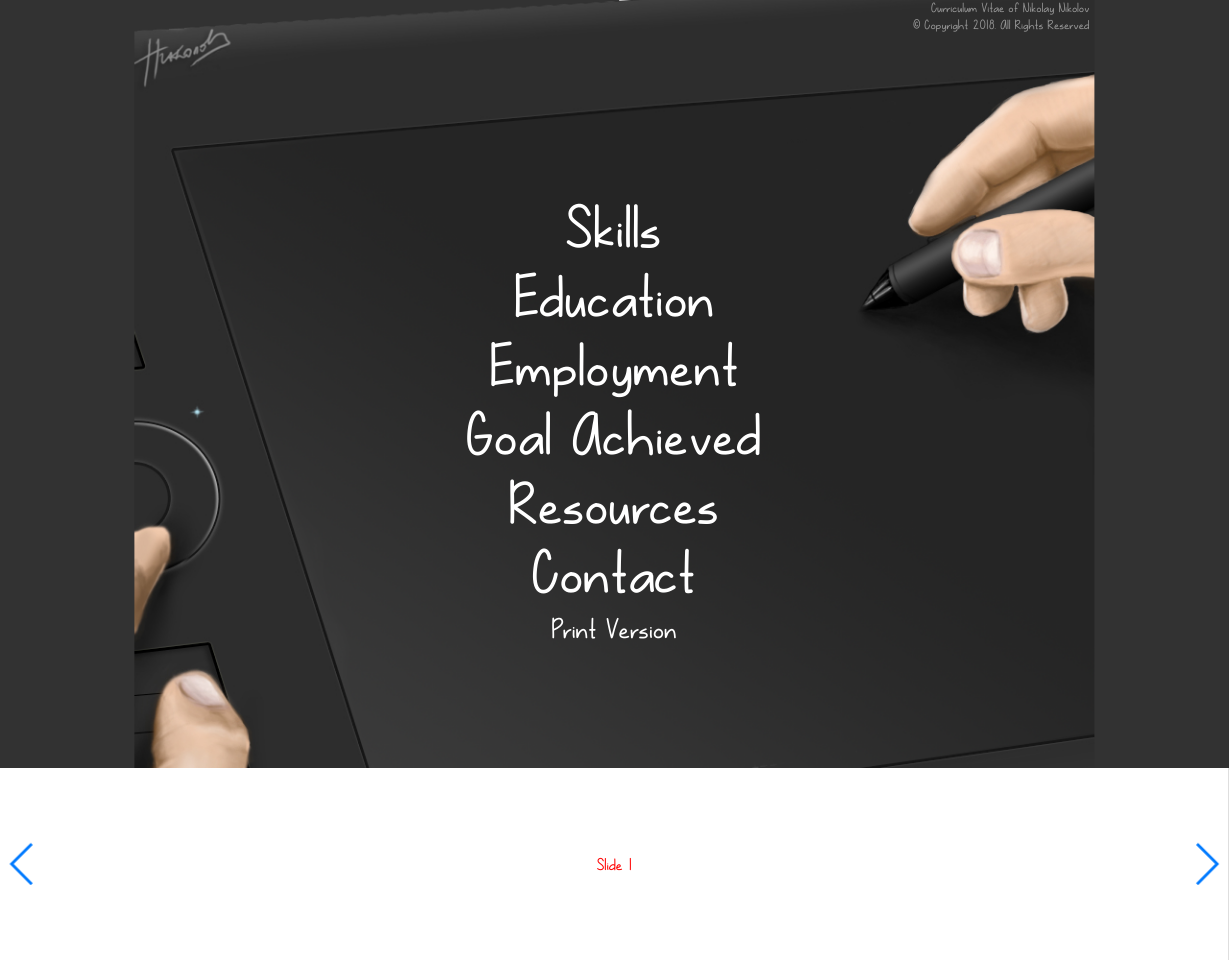
Repository: nikichanko/cv
Page: index.html
An editor plug-in stored every save of this project. The page is shown before and after the next save, followed by the edit.
The browser window is 1280 px wide. The pictures show the whole page, at 96% of full size.

Above is the page before, as saved 2019-02-02 19:44:38.

### index.html
<!DOCTYPE html>
<html>
  <head>
    <link rel="shortcut icon" type="image/png" href="img/favicon.png"/>
    <link rel="stylesheet" type="text/css" href="css/styles.css">
    <meta name="viewport" content="width=device-width, initial-scale=1, minimum-scale=1, maximum-scale=1">
    <link rel="stylesheet" type="text/css" href="css/scroll.css">
    <script src="https://ajax.googleapis.com/ajax/libs/jquery/3.3.1/jquery.min.js"></script>
    <script src="js/scroll.js"></script>
    <link rel="stylesheet" href="css/swiper.min.css">
    <title>Nikolay Nikolov - Curriculum Vitae</title>
  </head>
  <body>
    <div class="wrapper">
      <div class="header">Curriculum Vitae of Nikolay Nikolov<br/>&copy; Copyright 2018. All Rights Reserved</div>
      <div class="menu">
        <div class="item">
          <span>Skills</span>
        </div>
        <div class="content">
          <i class="close"></i>
          <div class="ul-wrapper" id="scroll-3">
            <ul>
              <li>Program Languages:</li>
              <ol>ECMAScript 6, TypeScript, Objective C, Swift 4, JAVA</ol>
              <ol>HTML, JS, CSS (LESS and SASS), PHP</ol>
              <li>Frameworks and Libraries:</li>
              <ol>React Native, React, WebSocket, Scoket.io, JQuery, Ajax, Smarty Template Engine</ol>
              <li>Program and Web Tools:</li>
              <ol>Android Studio, Xcode 9, Node (npm)</ol>
              <ol>Apple Connect and Google Console, AppsFlyer, Fabric, Firebase, Faslane</ol>
              <ol>Photoshop, Illustrator, Sketch</ol>
              <li>Strong Knowledge in:</li>
              <ol>GitFlow, RESTful API, Responsive and Mobile Design, UX and UI Design</ol>
              <li>Other Abilities:</li>
              <ol>Digital Drawing of web application arts with a graphic tablet</ol>
            </ul>
           </div>
        </div>
        <div class="item">
          <span>Education</span>
        </div>
        <div class="content">
            <i class="close"></i>
            <ul>
              <li>M. Sc. in Computer Science</li>
              <ol>From 2011 - 2013</ol>
              <ol>Technical University Gabrovo</ol>
              <ol>Subject: Computer System and Technologies</ol>
            </ul>
        </div>
        <div class="item">
          <span>Employment</span>
        </div>
        <div class="content">
            <i class="close"></i>
            <div class="ul-wrapper" id="scroll-2">
              <ul>
                <li>From 12. 2016 to present</li>
                <ol>Employer: Mansion Technology and Operations Centre</ol>
                <ol>Professional Title: front-end developer</ol>
                <ol>from 11. 2017 working as a mobile developer in agile environment</ol>
                <li>From 05. 2014 to 12. 2016</li>
                <ol>Employer: Support Service LTD for Image-Line Belgium</ol>
                <ol>Professional Title: fullstack web developer with more front-end responsibilities</ol>
              </ul>
            </div>
        </div>
        <div class="item">
          <span>Goal Achieved</span>
        </div>
        <div class="content">
          <i class="close"></i>
          <div class="ul-wrapper" id="scroll-1">
            <ul>
              <li>As mobile developer:</li>
              <ol>Applications in stores:</ol>

                <img src="img/casino.png" title="CasinoSlots" class="app-icon" style="margin-left: 10px;" />
                <img src="img/ccbj.png" title="Casino BlackJack" class="app-icon" />
                <img src="img/sh.png" title="Slostheaven" class="app-icon" />
                <img src="img/mc.png" title="MansionCasino" class="app-icon" />

              <ol>Quick switching from web to mobile development</ol>
              <ol>The key person with a leading role in the mobile team</ol>
              <ol>Be main part of critical moments when quick reaction and self-organization is very important</ol>
              <ol>The person that implemented React Native framework in real mobile apps</ol>
              <ol>Publishing and then dealing with the rejection of apps in both stores</ol>
              <ol>Implementations: React Context, Geo location services, Biometric authentification with RESTful API
                login, React Navigation, Unit, Integration and Snapshot
                Tests with Jest, executed in CI system (Bamboo), Cross-platform and multi-device layouts,
                Image Sliders and other front-end implementations covered by many mobile devices.
                Websocket integrations to handle webview chat messages using TypeScript. Custom Bridge between webview and react native to handle Post messages.
                Notofications using Xtremepush where Native exposing was needed to work with React Native.
                Also other custom functionalities were exposed to React Native like CookiesStorage for iOS.</ol>
              <li>As front-end developer:</li>
              <ol>Responsive and mobile designs with no compromises in details</ol>
              <ol>Developed many end-to-end web applications like Image Sliders with-lazy loading,
                JavaScript Video and Audio Players with full mobile support</ol>
              <ol>RESTful API integrations</ol>
              <ol>Unit testing with Jasmine</ol>
            </ul>
          </div>
        </div>
        <div class="item resources">
          <span>Resources</span>
        </div>
        <div class="content">
            <i class="close"></i>
              <ul>
                <li>Drowing Gallery</li>
                <li>Applications Download</li>
                <ol>Publishing and then dealing with the rejection of apps in both stores</ol>
              </ul>
        </div>
        <div class="item">
          <span>Contact</span>
        </div>
        <div class="content">
            <i class="close"></i>
              <ul>
                <ol>Nikolay Nikolov, Address: Sofia, Bulgaria</ol>
                <ol>Phone: +359/896 527 353, E-mail: nikolovnikos@gmail.com</ol>
                <div class="form-title">Contact form</div>
                <script type="text/javascript" src="https://form.jotformeu.com/jsform/82187298762370"></script>
              </ul>
        </div>
        <div class="item print">
          <span>Print Version</span>
        </div>
      </div>
    </div>
    <div class="swiper-container">
      <div class="swiper-wrapper">
        <div class="swiper-slide">Slide 1</div>
        <div class="swiper-slide">Slide 2</div>
        <div class="swiper-slide">Slide 3</div>
        <div class="swiper-slide">Slide 4</div>
        <div class="swiper-slide">Slide 5</div>
        <div class="swiper-slide">Slide 6</div>
        <div class="swiper-slide">Slide 7</div>
        <div class="swiper-slide">Slide 8</div>
        <div class="swiper-slide">Slide 9</div>
        <div class="swiper-slide">Slide 10</div>
      </div>
          <!-- Add Arrows -->
      <div class="swiper-button-next"></div>
      <div class="swiper-button-prev"></div>
      <!-- Add Pagination
      <div class="swiper-pagination"></div> -->
    </div>
    <script src="js/swiper.min.js"></script>
    <script src="js/common.js"></script>
  </body>
</html>

### css/styles.css
@font-face {
  font-family: 'Just Gotta Smile';
  src: url('./fonts/JustGottaSmile.woff2') format('woff2'),
      url('./fonts/JustGottaSmile.woff') format('woff'),
      url('./fonts/JustGottaSmile.ttf') format('truetype');
  font-weight: 500;
  font-style: normal;
}

@font-face {
  font-family: 'Josefin Slab';
  src: url('./fonts/JosefinSlab.woff2') format('woff2'),
      url('./fonts/JosefinSlab.woff') format('woff'),
      url('./fonts/JosefinSlab.ttf') format('truetype');
  font-weight: normal;
  font-style: normal;
}
ul, li, ol, body {
  margin: 0;
  padding: 0;
}

body {
  background-color: #323232;
  width: 100%;
  font-family: 'Just Gotta Smile';
  color: #fff;
}

.wrapper {
  position: relative;
  width: 100%;
  max-width: 1000px;
  height: 800px;
  margin: 0 auto;
  background-image: url(../img/cv_bg.png);
  background-repeat: no-repeat;
  background-position: right top;
  background-size: cover;
}

.header{
  opacity: 0.5;
  font-size: 14px;
  position: absolute;
  right: 5px;
  text-align: right;
}
.menu {
  line-height: 70px;
  margin: 0 auto;
  position: absolute;
  text-align: center;
  width: 100%;
  top: 200px;
}

.item {
  font-size: 64px;
  position: relative;
  left: 50%;
  opacity: 1;
  transform: translateX(-50%) ;
  -ms-transform: translateX(-50%) ; /* IE 9 */
  -webkit-transform: translateX(-50%); /* Safari 3-8 */
  transition: opacity 0.2s ease-out;
  -webkit-touch-callout: none; /* iOS Safari */
  -webkit-user-select: none; /* Safari */
   -khtml-user-select: none; /* Konqueror HTML */
     -moz-user-select: none; /* Firefox */
      -ms-user-select: none; /* Internet Explorer/Edge */
          user-select: none; /* Non-prefixed version, currently
                                supported by Chrome and Opera */
}
.item.print {
  font-size: 30px;
  line-height: 45px;
}

.item span {
  cursor: pointer;
  position: relative;
}

.item.closed {
  opacity: 0;
  height: 0;
  visibility: hidden;
}

.content {
  font-family: 'Josefin Slab';
  padding-top: 2px;
  max-width: 600px;
  text-align: left;
  top: 50px;
  width: 56%;
  margin: 0 auto;
  line-height: 40px;
  height: 0;
  opacity: 0;
  transition: opacity 0.5s ease-in-out;
  position: relative;
  visibility: hidden;
  overflow: hidden;
}

.ul-wrapper {
  height: 450px;
  position: relative;
  overflow: hidden;
}

.content.open {
  overflow: visible;
  height: auto;
  opacity: 1;
  transition: opacity 0.5s ease-in-out;
  visibility: visible;
}
.content {
  line-height: 30px;
}
.content ul {
  padding-top: 10px;
  padding-left: 20px;
}
.content li {
  font-weight: bold;
  font-size: 20px;
  padding:5px 0;
}
.content ol {
  font-size: 18px;
  margin-left: 15px;
  position: relative;
}
.content ol:before {
  content: "";
  background-image: url(../img/arrow.png);
  background-repeat: no-repeat;
  background-size: contain;
  width: 12px;
  height: 13px;
  position: absolute;
  left: -22px;
  top: 8px;
  opacity: 0.6;
}

.item span:hover {
  color: #a4cbe6;
}

.close {
  position: absolute;
  top: -29px;
  left: -7px;
  width: 45px;
  height: 45px;
  opacity: 0.3;
}
.close:hover {
  opacity: 1;
}
.close:before, .close:after {
  position: absolute;
  left: 15px;
  content: ' ';
  height: 25px;
  width: 2px;
  background-color: #fff;
}
.close:before {
  transform: rotate(45deg);
}
.close:after {
  transform: rotate(-45deg);
}

.app-icon {
  width: 45px;
  margin-right: 10px;
}
.form-title {
  margin-top: 10px;
  font-size: 24px;
  text-align: center;
}

.swiper-container {
  width: 100%;
  height: 200px;
}

.swiper-slide {
  text-align: center;
  font-size: 18px;
  background: #fff;
  color: red;
  /* Center slide text vertically */
  display: -webkit-box;
  display: -ms-flexbox;
  display: -webkit-flex;
  display: flex;
  -webkit-box-pack: center;
  -ms-flex-pack: center;
  -webkit-justify-content: center;
  justify-content: center;
  -webkit-box-align: center;
  -ms-flex-align: center;
  -webkit-align-items: center;
  align-items: center;
}

@media only screen and (max-width: 1000px) {
  .content {
    width: 90%;
  }
  .item span {
    cursor: default;
  }
}

### css/scroll.css
/*
 * Container style
 */
 .ps {
  overflow: hidden !important;
  overflow-anchor: none;
  -ms-overflow-style: none;
  touch-action: auto;
  -ms-touch-action: auto;
}

/*
 * Scrollbar rail styles
 */
.ps__rail-x {
  display: none;
  opacity: 0;
  transition: background-color .2s linear, opacity .2s linear;
  -webkit-transition: background-color .2s linear, opacity .2s linear;
  height: 15px;
  /* there must be 'bottom' or 'top' for ps__rail-x */
  bottom: 0px;
  /* please don't change 'position' */
  position: absolute;
}

.ps__rail-y {
  display: none;
  opacity: 0;
  transition: background-color .2s linear, opacity .2s linear;
  -webkit-transition: background-color .2s linear, opacity .2s linear;
  width: 15px;
  /* there must be 'right' or 'left' for ps__rail-y */
  right: 0;
  /* please don't change 'position' */
  position: absolute;
}

.ps--active-x > .ps__rail-x,
.ps--active-y > .ps__rail-y {
  display: block;
  background-color: transparent;
}

.ps:hover > .ps__rail-x,
.ps:hover > .ps__rail-y,
.ps--focus > .ps__rail-x,
.ps--focus > .ps__rail-y,
.ps--scrolling-x > .ps__rail-x,
.ps--scrolling-y > .ps__rail-y {
  opacity: 0.6;
}

.ps .ps__rail-x:hover,
.ps .ps__rail-y:hover,
.ps .ps__rail-x:focus,
.ps .ps__rail-y:focus,
.ps .ps__rail-x.ps--clicking,
.ps .ps__rail-y.ps--clicking {
  background-color: #eee;
  opacity: 0.9;
}

/*
 * Scrollbar thumb styles
 */
.ps__thumb-x {
  background-color: #aaa;
  border-radius: 6px;
  transition: background-color .2s linear, height .2s ease-in-out;
  -webkit-transition: background-color .2s linear, height .2s ease-in-out;
  height: 6px;
  /* there must be 'bottom' for ps__thumb-x */
  bottom: 2px;
  /* please don't change 'position' */
  position: absolute;
}

.ps__thumb-y {
  background-color: #aaa;
  border-radius: 6px;
  transition: background-color .2s linear, width .2s ease-in-out;
  -webkit-transition: background-color .2s linear, width .2s ease-in-out;
  width: 6px;
  /* there must be 'right' for ps__thumb-y */
  right: 2px;
  /* please don't change 'position' */
  position: absolute;
}

.ps__rail-x:hover > .ps__thumb-x,
.ps__rail-x:focus > .ps__thumb-x,
.ps__rail-x.ps--clicking .ps__thumb-x {
  background-color: #999;
  height: 11px;
}

.ps__rail-y:hover > .ps__thumb-y,
.ps__rail-y:focus > .ps__thumb-y,
.ps__rail-y.ps--clicking .ps__thumb-y {
  background-color: #999;
  width: 11px;
}

/* MS supports */
@supports (-ms-overflow-style: none) {
  .ps {
    overflow: auto !important;
  }
}

@media screen and (-ms-high-contrast: active), (-ms-high-contrast: none) {
  .ps {
    overflow: auto !important;
  }
}

### js/common.js
var src1 = document.querySelector('#scroll-1');
var src2 = document.querySelector('#scroll-2');
var src3 = document.querySelector('#scroll-3');

var options = {
  maxScrollbarLength: 100,
};

var ps1 = new PerfectScrollbar(src1, options);
var ps2 = new PerfectScrollbar(src2, options);
var ps3 = new PerfectScrollbar(src3, options);

$(".item:not(.print) span").on('click', function() {
  var _t = $(this).parents('.item');
  if (_t.hasClass('resources')) {
    alert(1);
    var swiper = new Swiper('.swiper-container', {
      pagination: {
       // el: '.swiper-pagination',
        nextEl: '.swiper-button-next',
        prevEl: '.swiper-button-prev',
      },
    });
  }
  setTimeout(function(){
    _t.next('.content').addClass('open');
  },100);
  $('.item').each(function(i, v) {
    if (!_t.is(v)) {
      $(v).addClass('closed');
      $(v).next('.content').removeClass('open');
    }
    else {
      $(v).removeClass('closed');
    }
  });
});

$(".item.print span").on('click', function() {
  window.location.href = 'print.html';
});

$('.close').on('click', function(){
  $('.item').each(function(i, v) {
    setTimeout(function(){
      $(v).removeClass('closed');
    },100);
    $(v).next('.content').removeClass('open');
  });
});

Loaded but not shown: css/swiper.min.css (library); js/swiper.min.js (library); js/scroll.js (1324 lines, source omitted)

After the next save:
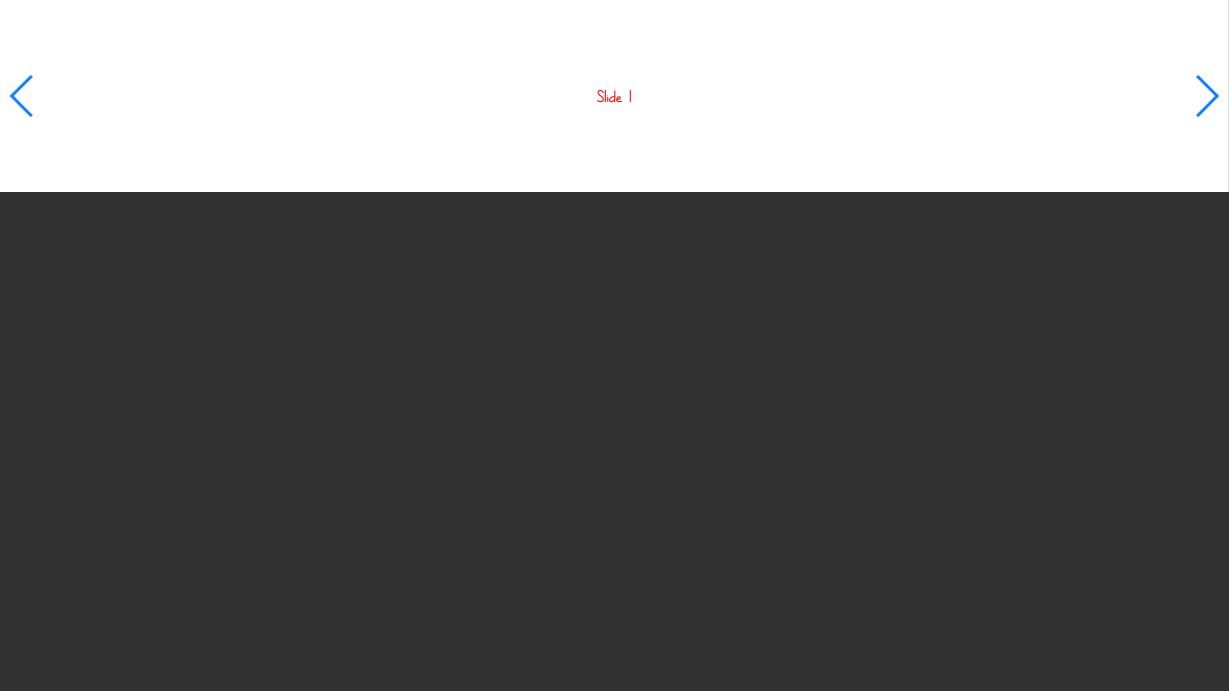
Console error (its wording comes from the project's code and is left out).
Saved 40 s later.
--- a/index.html
+++ b/index.html
@@ -11,125 +11,6 @@
     <title>Nikolay Nikolov - Curriculum Vitae</title>
   </head>
   <body>
-    <div class="wrapper">
-      <div class="header">Curriculum Vitae of Nikolay Nikolov<br/>&copy; Copyright 2018. All Rights Reserved</div>
-      <div class="menu">
-        <div class="item">
-          <span>Skills</span>
-        </div>
-        <div class="content">
-          <i class="close"></i>
-          <div class="ul-wrapper" id="scroll-3">
-            <ul>
-              <li>Program Languages:</li>
-              <ol>ECMAScript 6, TypeScript, Objective C, Swift 4, JAVA</ol>
-              <ol>HTML, JS, CSS (LESS and SASS), PHP</ol>
-              <li>Frameworks and Libraries:</li>
-              <ol>React Native, React, WebSocket, Scoket.io, JQuery, Ajax, Smarty Template Engine</ol>
-              <li>Program and Web Tools:</li>
-              <ol>Android Studio, Xcode 9, Node (npm)</ol>
-              <ol>Apple Connect and Google Console, AppsFlyer, Fabric, Firebase, Faslane</ol>
-              <ol>Photoshop, Illustrator, Sketch</ol>
-              <li>Strong Knowledge in:</li>
-              <ol>GitFlow, RESTful API, Responsive and Mobile Design, UX and UI Design</ol>
-              <li>Other Abilities:</li>
-              <ol>Digital Drawing of web application arts with a graphic tablet</ol>
-            </ul>
-           </div>
-        </div>
-        <div class="item">
-          <span>Education</span>
-        </div>
-        <div class="content">
-            <i class="close"></i>
-            <ul>
-              <li>M. Sc. in Computer Science</li>
-              <ol>From 2011 - 2013</ol>
-              <ol>Technical University Gabrovo</ol>
-              <ol>Subject: Computer System and Technologies</ol>
-            </ul>
-        </div>
-        <div class="item">
-          <span>Employment</span>
-        </div>
-        <div class="content">
-            <i class="close"></i>
-            <div class="ul-wrapper" id="scroll-2">
-              <ul>
-                <li>From 12. 2016 to present</li>
-                <ol>Employer: Mansion Technology and Operations Centre</ol>
-                <ol>Professional Title: front-end developer</ol>
-                <ol>from 11. 2017 working as a mobile developer in agile environment</ol>
-                <li>From 05. 2014 to 12. 2016</li>
-                <ol>Employer: Support Service LTD for Image-Line Belgium</ol>
-                <ol>Professional Title: fullstack web developer with more front-end responsibilities</ol>
-              </ul>
-            </div>
-        </div>
-        <div class="item">
-          <span>Goal Achieved</span>
-        </div>
-        <div class="content">
-          <i class="close"></i>
-          <div class="ul-wrapper" id="scroll-1">
-            <ul>
-              <li>As mobile developer:</li>
-              <ol>Applications in stores:</ol>
-
-                <img src="img/casino.png" title="CasinoSlots" class="app-icon" style="margin-left: 10px;" />
-                <img src="img/ccbj.png" title="Casino BlackJack" class="app-icon" />
-                <img src="img/sh.png" title="Slostheaven" class="app-icon" />
-                <img src="img/mc.png" title="MansionCasino" class="app-icon" />
-
-              <ol>Quick switching from web to mobile development</ol>
-              <ol>The key person with a leading role in the mobile team</ol>
-              <ol>Be main part of critical moments when quick reaction and self-organization is very important</ol>
-              <ol>The person that implemented React Native framework in real mobile apps</ol>
-              <ol>Publishing and then dealing with the rejection of apps in both stores</ol>
-              <ol>Implementations: React Context, Geo location services, Biometric authentification with RESTful API
-                login, React Navigation, Unit, Integration and Snapshot
-                Tests with Jest, executed in CI system (Bamboo), Cross-platform and multi-device layouts,
-                Image Sliders and other front-end implementations covered by many mobile devices.
-                Websocket integrations to handle webview chat messages using TypeScript. Custom Bridge between webview and react native to handle Post messages.
-                Notofications using Xtremepush where Native exposing was needed to work with React Native.
-                Also other custom functionalities were exposed to React Native like CookiesStorage for iOS.</ol>
-              <li>As front-end developer:</li>
-              <ol>Responsive and mobile designs with no compromises in details</ol>
-              <ol>Developed many end-to-end web applications like Image Sliders with-lazy loading,
-                JavaScript Video and Audio Players with full mobile support</ol>
-              <ol>RESTful API integrations</ol>
-              <ol>Unit testing with Jasmine</ol>
-            </ul>
-          </div>
-        </div>
-        <div class="item resources">
-          <span>Resources</span>
-        </div>
-        <div class="content">
-            <i class="close"></i>
-              <ul>
-                <li>Drowing Gallery</li>
-                <li>Applications Download</li>
-                <ol>Publishing and then dealing with the rejection of apps in both stores</ol>
-              </ul>
-        </div>
-        <div class="item">
-          <span>Contact</span>
-        </div>
-        <div class="content">
-            <i class="close"></i>
-              <ul>
-                <ol>Nikolay Nikolov, Address: Sofia, Bulgaria</ol>
-                <ol>Phone: +359/896 527 353, E-mail: nikolovnikos@gmail.com</ol>
-                <div class="form-title">Contact form</div>
-                <script type="text/javascript" src="https://form.jotformeu.com/jsform/82187298762370"></script>
-              </ul>
-        </div>
-        <div class="item print">
-          <span>Print Version</span>
-        </div>
-      </div>
-    </div>
     <div class="swiper-container">
       <div class="swiper-wrapper">
         <div class="swiper-slide">Slide 1</div>
